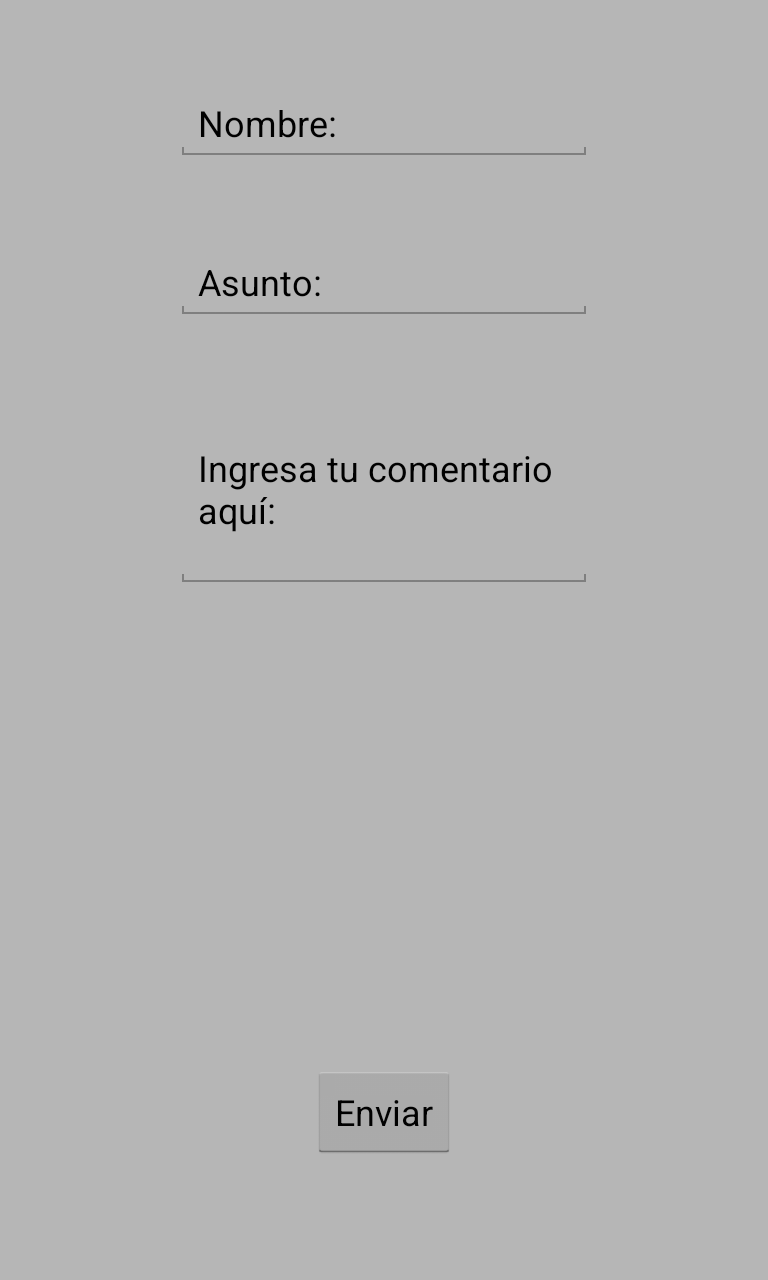
Repository: armandobs94/Dental.App
Layout: AplicacionMovil/DentalApp/Dental.App/res/layout/contacto_main.xml
These files come from the project's save history. The layout is drawn as it stood at one moment and after the next save; the edit follows.
It is drawn on a 768 x 1280 px phone screen (xhdpi) without system bars, with theme AppTheme; the app's code is not run.

Above is the layout before, as saved 2015-06-11 23:30:40.

After the next save:
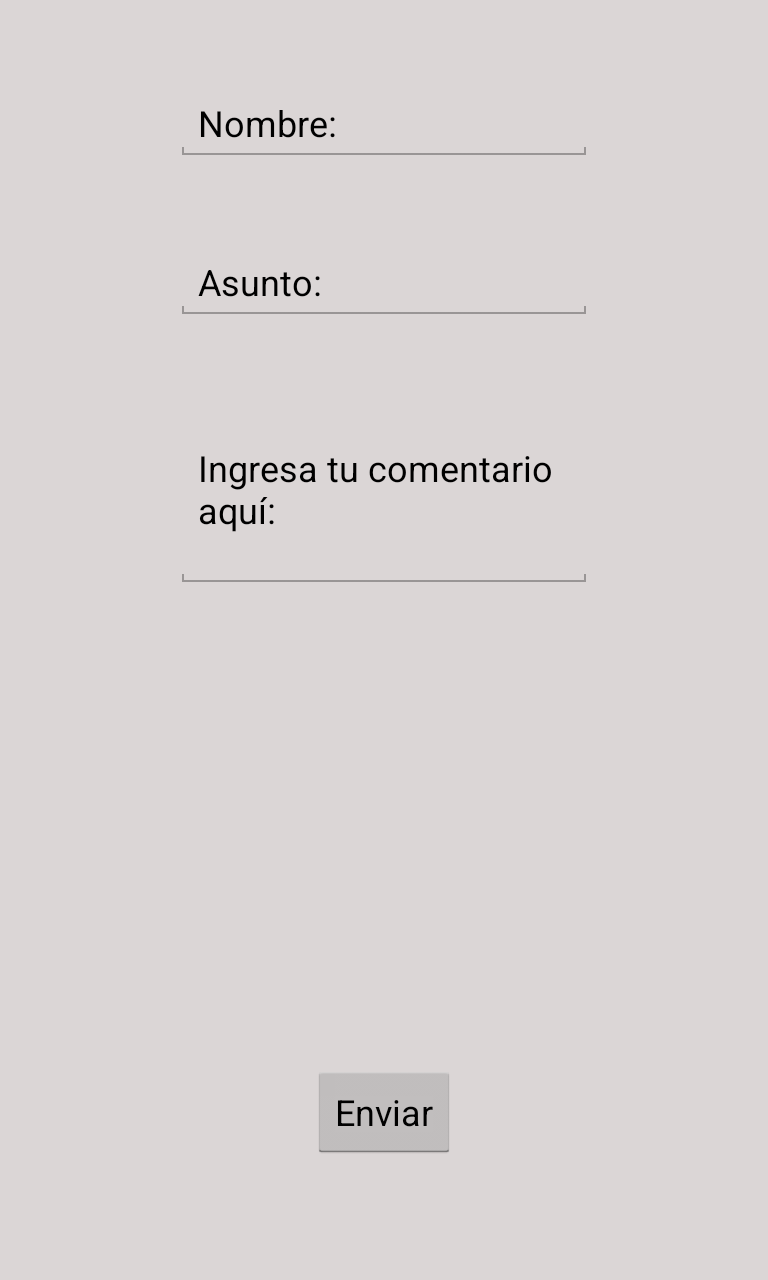
Saved 12 s later.
--- a/AplicacionMovil/DentalApp/Dental.App/res/layout/contacto_main.xml
+++ b/AplicacionMovil/DentalApp/Dental.App/res/layout/contacto_main.xml
@@ -2,7 +2,7 @@
 <RelativeLayout xmlns:android="http://schemas.android.com/apk/res/android"
     android:layout_width="match_parent"
     android:layout_height="match_parent"
-    android:background="#B6B6B6"
+    android:background="#DBD6D6"
     android:orientation="vertical" >
 
     <EditText
